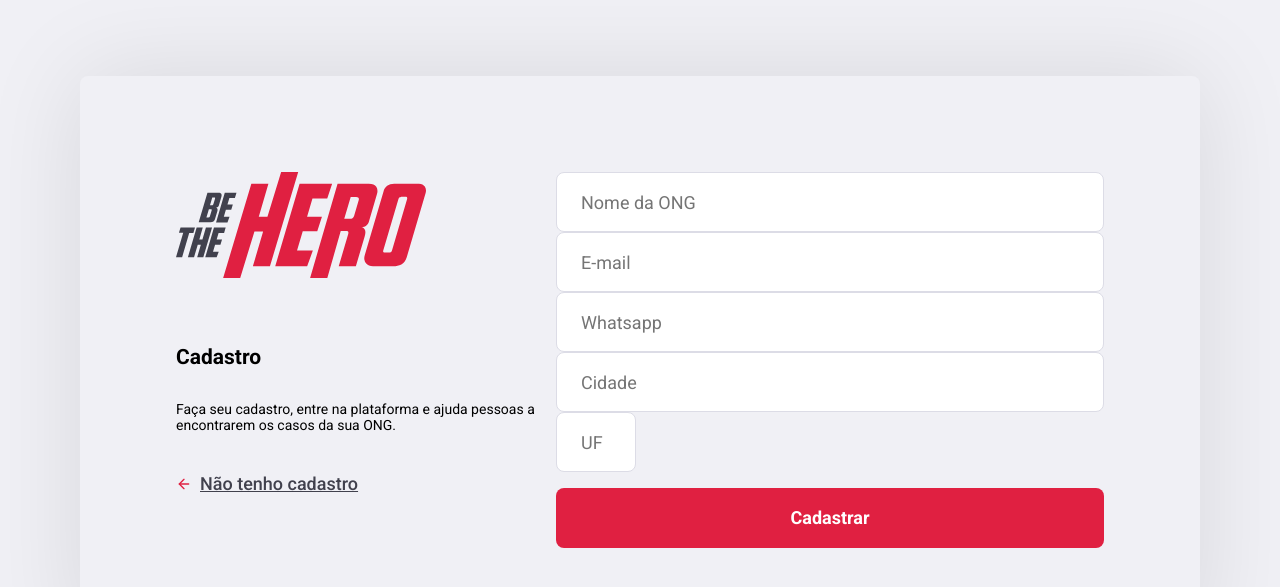
Repository: s7Thiago/semana-omnistack-11.0
Page: /register (app in front-end/)
These files come from the project's save history. The page is drawn as it stood at one moment and after the next save; the edit follows.
The browser window is 1280 px wide. The pictures show the whole page.
The project was rebuilt for these pictures with package versions that can differ from the ones it lists, and the page was loaded fresh each time. Also part of the build but not shown: front-end/src/pages/Logon/styles.css, front-end/src/pages/Logon/index.js.

Above is the page before, as saved 2020-03-26 22:39:11.

After the next save:
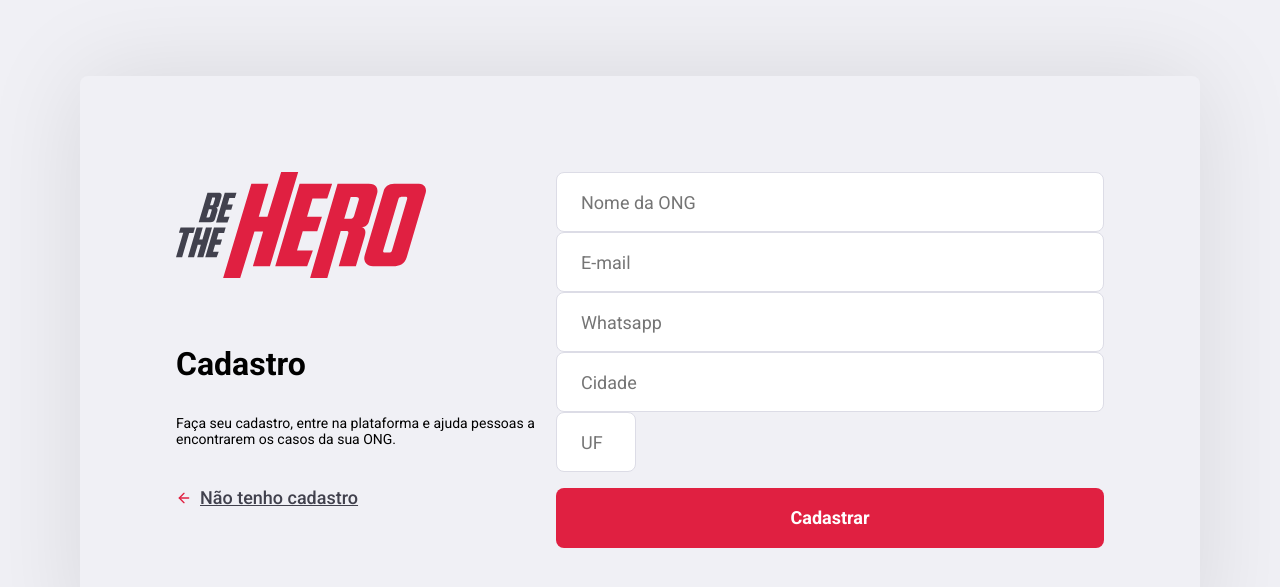
Saved 24 s later.
--- a/front-end/src/pages/Register/styles.css
+++ b/front-end/src/pages/Register/styles.css
@@ -27,4 +27,5 @@
 
 .register-container .content section h1{
     margin: 64px 0 32px;
+    font-size: 32px;
 }
